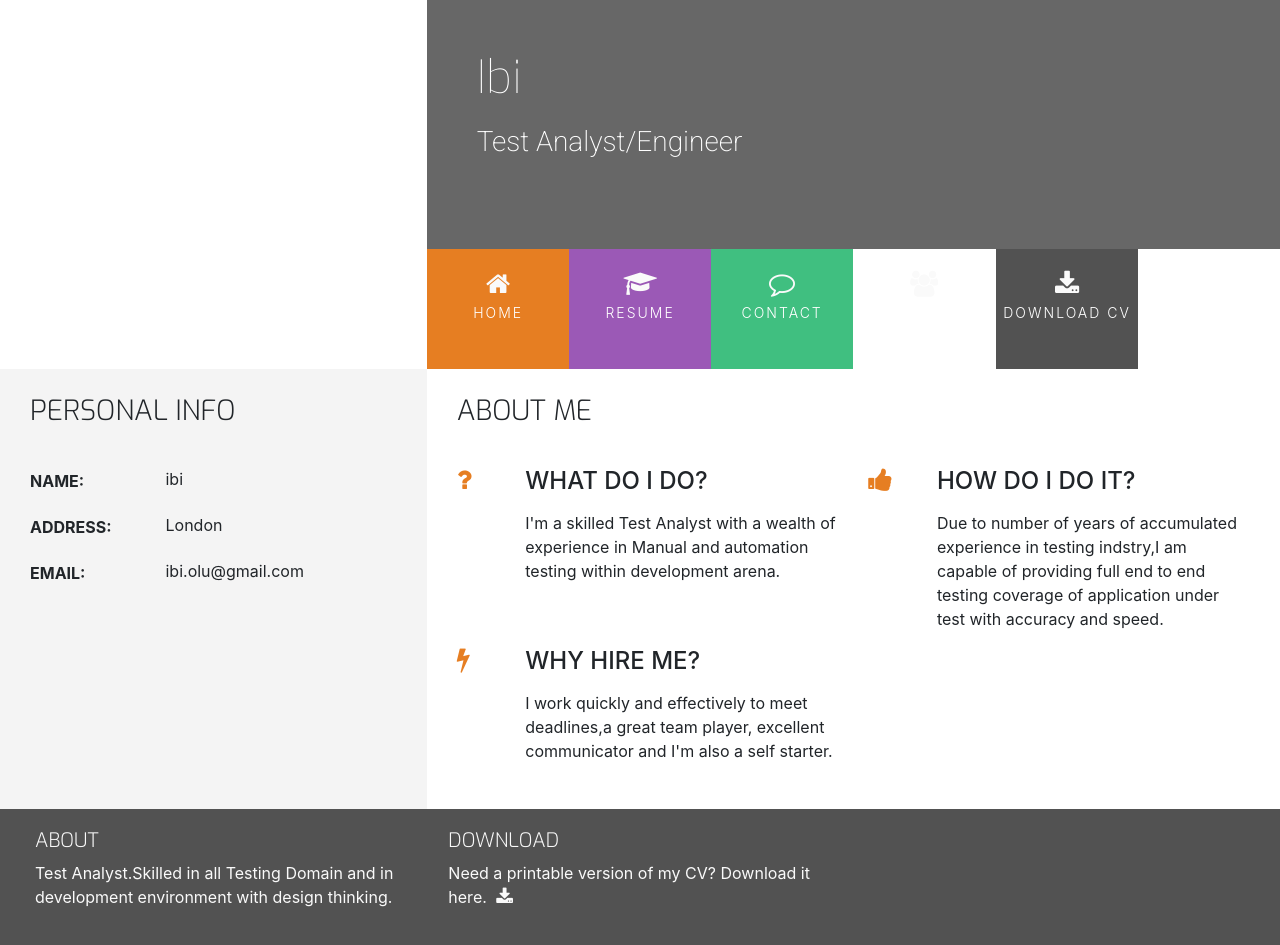
Repository: daat2/ccvitae
Page: index.html
The author's editor kept a record of every edit. The page is drawn from the files as they stood at one moment, then again after the next edit.
The browser window is 1280 px wide. The pictures show the whole page.
Some web libraries are served in a nearby version.

Above is the page before.

After the next edit:
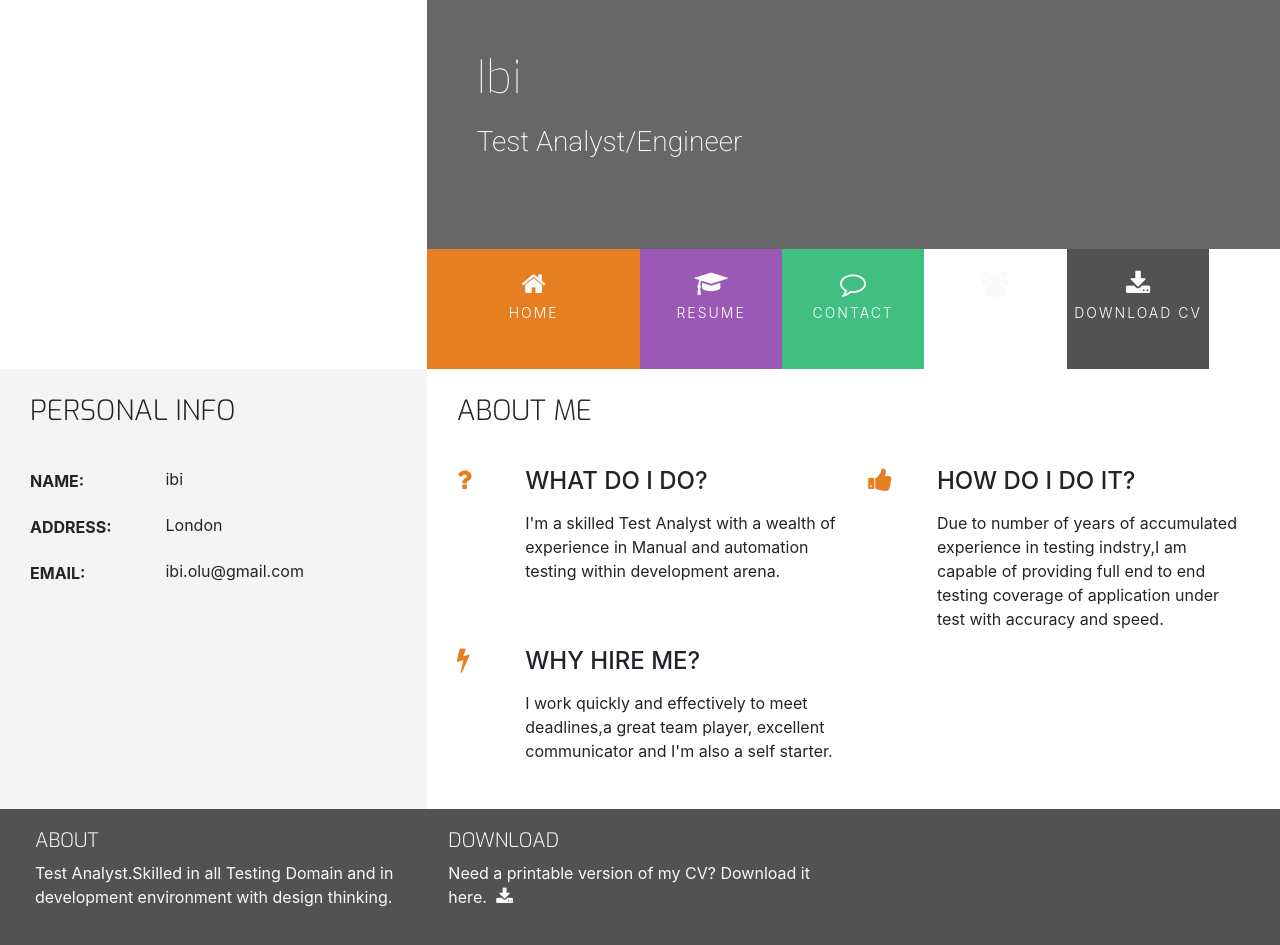
The edit:
--- a/index.html
+++ b/index.html
@@ -24,7 +24,7 @@
 	                <div class="row no-gutters">
 	                    <div class="col">
 	                        <ul id="nav" class="list-inline menucontainer">
-	                            <li class="col-6 col-sm-2 list-inline-item ui-menu-color-home menuitem">
+	                            <li class="col-6 col-sm-3 list-inline-item ui-menu-color-home menuitem">
 	                                <a href="index.html" class="hvr-sweep-to-bottom"><i class="fa fa-home" aria-hidden="true"></i><span>Home</span></a>
 	                            </li>
 	                            <li class="col-6 col-sm-2 list-inline-item ui-menu-color-resume menuitem">
